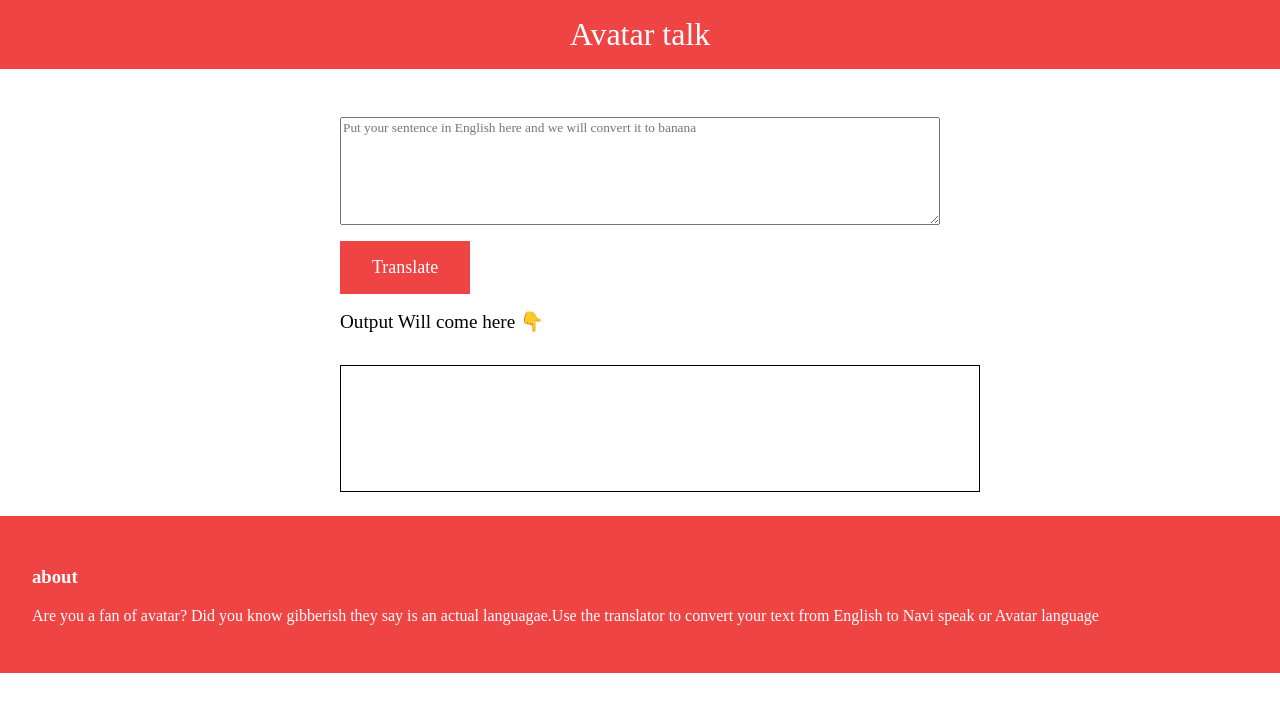
Repository: sohan2503001/Avator-speak
Page: index.html
These files come from the project's save history. The page is drawn as it stood at one moment and after the next save; the edit follows.
The browser window is 1280 px wide. The pictures show the whole page.

Above is the page before, as saved 2021-04-21 12:10:35.

After the next save:
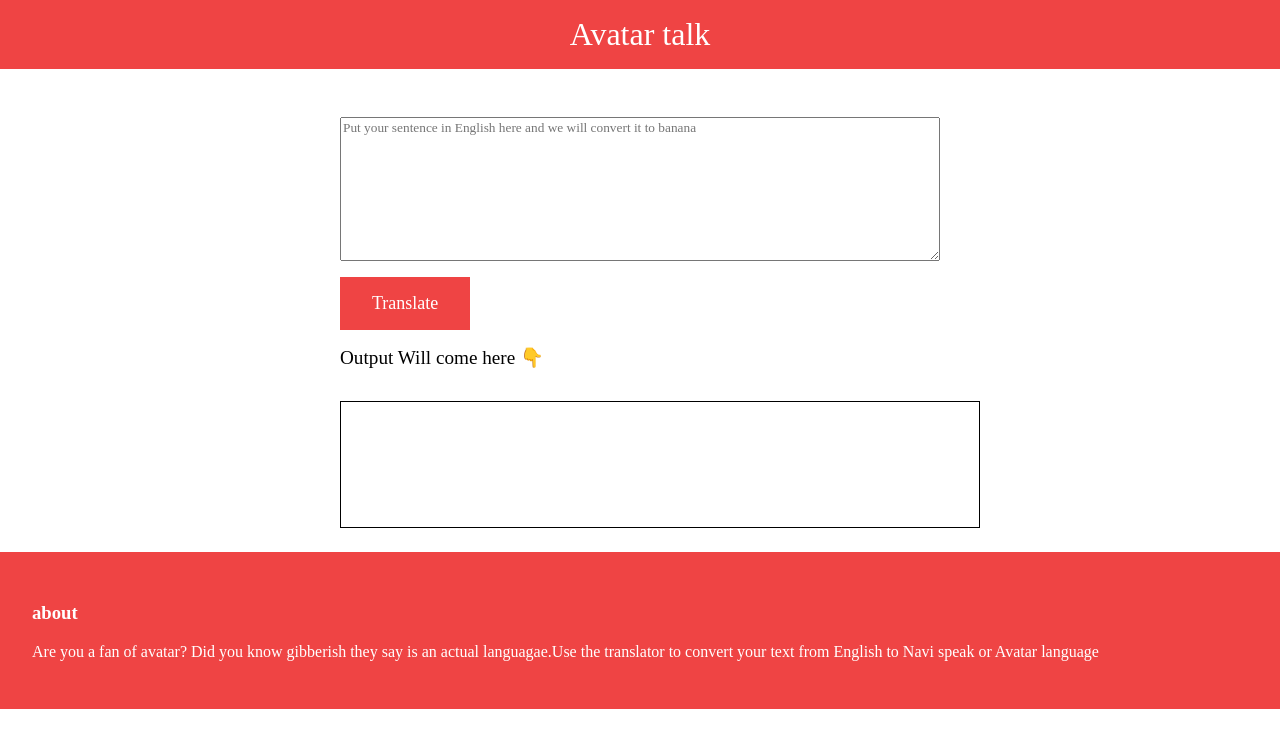
Saved 5 s later.
--- a/style.css
+++ b/style.css
@@ -32,7 +32,7 @@
 textarea{
     box-sizing: border-box;
     width: 100%;
-    min-height: 15vh;
+    min-height: 20vh;
     display: block;
     margin-top: 2rem;
     font-family: inherit;
